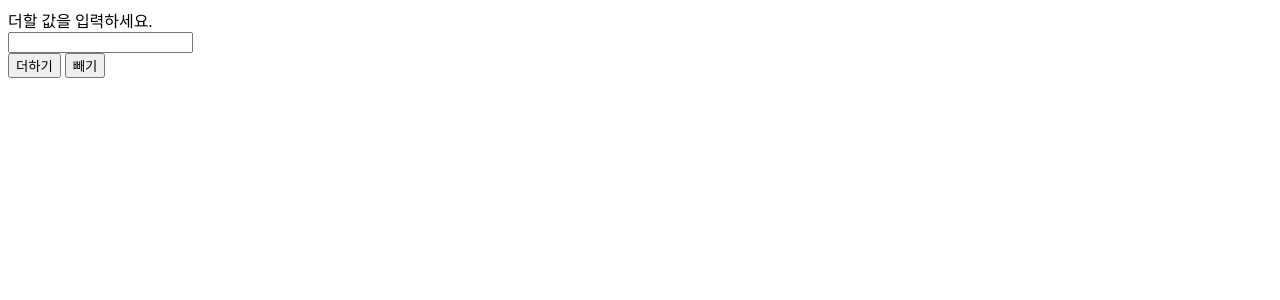
Repository: jocod98/servlet-jsp
Page: JSPPrj/src/main/webapps/calc2.html
An editor plug-in stored every save of this project. The page is shown before and after the next save, followed by the edit.
The browser window is 1280 px wide. The pictures show the whole page.

Above is the page before, as saved 2023-01-10 06:49:05.

### JSPPrj/src/main/webapps/calc2.html
<!DOCTYPE html>
<html>
<head>
<meta charset="UTF-8">
<title>Insert title here</title>
</head>
<body>
<div>
	<form action = "calc2" method = "post">
	<div>
	<label>더할 값을 입력하세요.</label>
	</div>
	<div>
		<input type ="text" name = "v" />
	</div>
	<div>
		<input type = "submit" name = "operator" value ="더하기" />
		<input type = "submit" name = "operator" value ="빼기" />
	</div>
	</form>
</div>
</body>
</html>

After the next save:
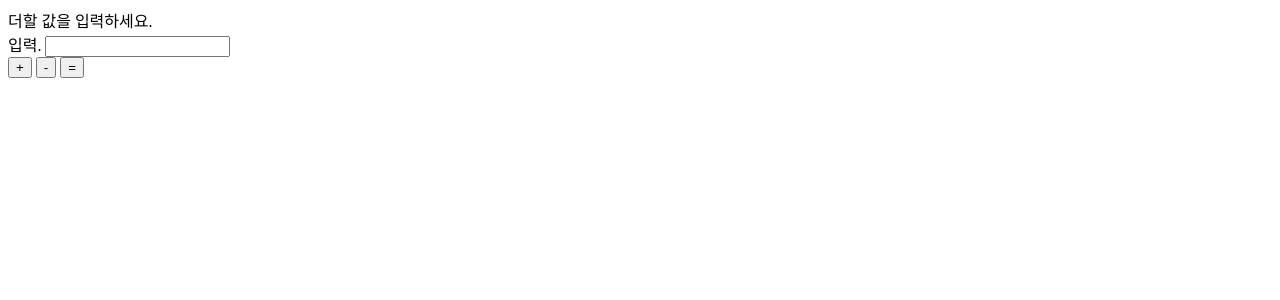
Saved 24 s later.
--- a/JSPPrj/src/main/webapps/calc2.html
+++ b/JSPPrj/src/main/webapps/calc2.html
@@ -11,11 +11,13 @@
 	<label>더할 값을 입력하세요.</label>
 	</div>
 	<div>
+	<label>입력.</label>
 		<input type ="text" name = "v" />
 	</div>
 	<div>
-		<input type = "submit" name = "operator" value ="더하기" />
-		<input type = "submit" name = "operator" value ="빼기" />
+		<input type = "submit" name = "operator" value ="+" />
+		<input type = "submit" name = "operator" value ="-" />
+		<input type = "submit" name = "operator" value ="=" />
 	</div>
 	</form>
 </div>
